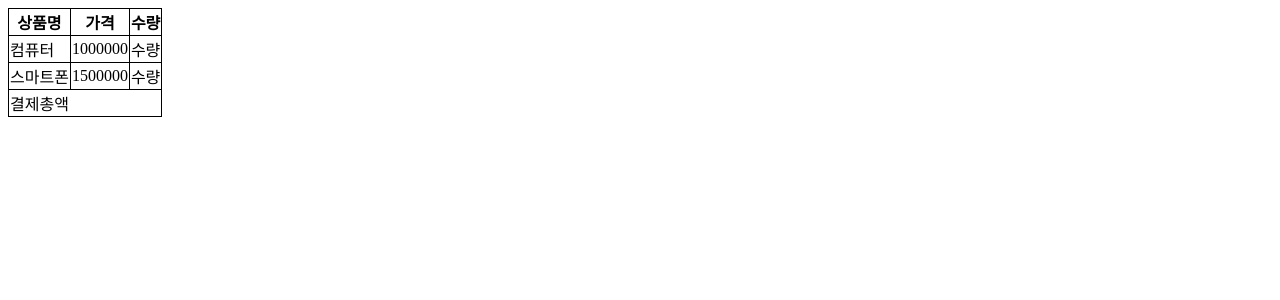
Repository: MySunTY/JSP
Page: http://localhost/JSP08/
The author's editor kept a copy of each file at every save. The page is drawn from the files as they stood at one save, then again after the next save.
The browser window is 1280 px wide. The pictures show the whole page.
The page is served by Tomcat 9.

Above is the page before, as saved 2024-05-16 05:23:24.

After the next save:
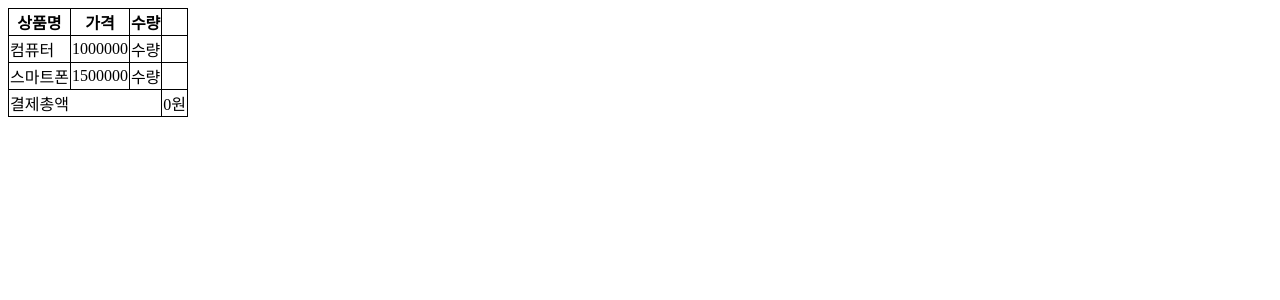
Saved 48 s later.
--- a/JSP08/src/main/webapp/index.jsp
+++ b/JSP08/src/main/webapp/index.jsp
@@ -43,7 +43,7 @@
 				<tfoot>
 					<tr rowspan="4">
 						<td colspan="3">결제총액</td>
-
+						<td>0원</td>
 					</tr>
 				</tfoot>
 			</table>

After the save that followed:
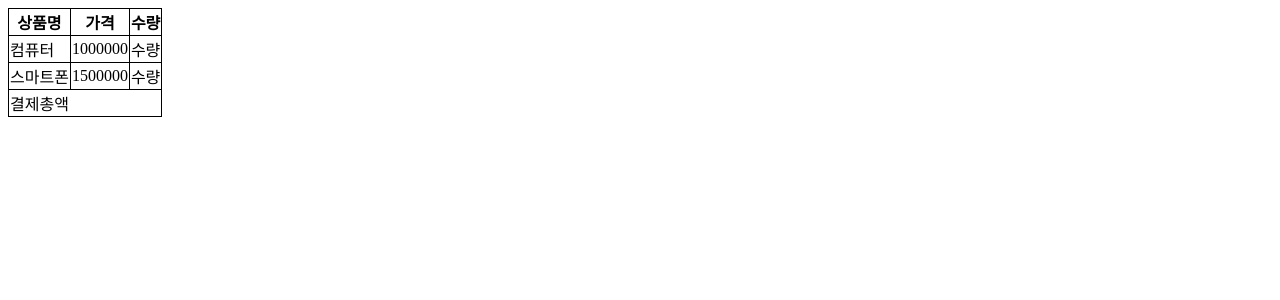
Saved 17 s later.
--- a/JSP08/src/main/webapp/index.jsp
+++ b/JSP08/src/main/webapp/index.jsp
@@ -43,7 +43,7 @@
 				<tfoot>
 					<tr rowspan="4">
 						<td colspan="3">결제총액</td>
-						<td>0원</td>
+
 					</tr>
 				</tfoot>
 			</table>
